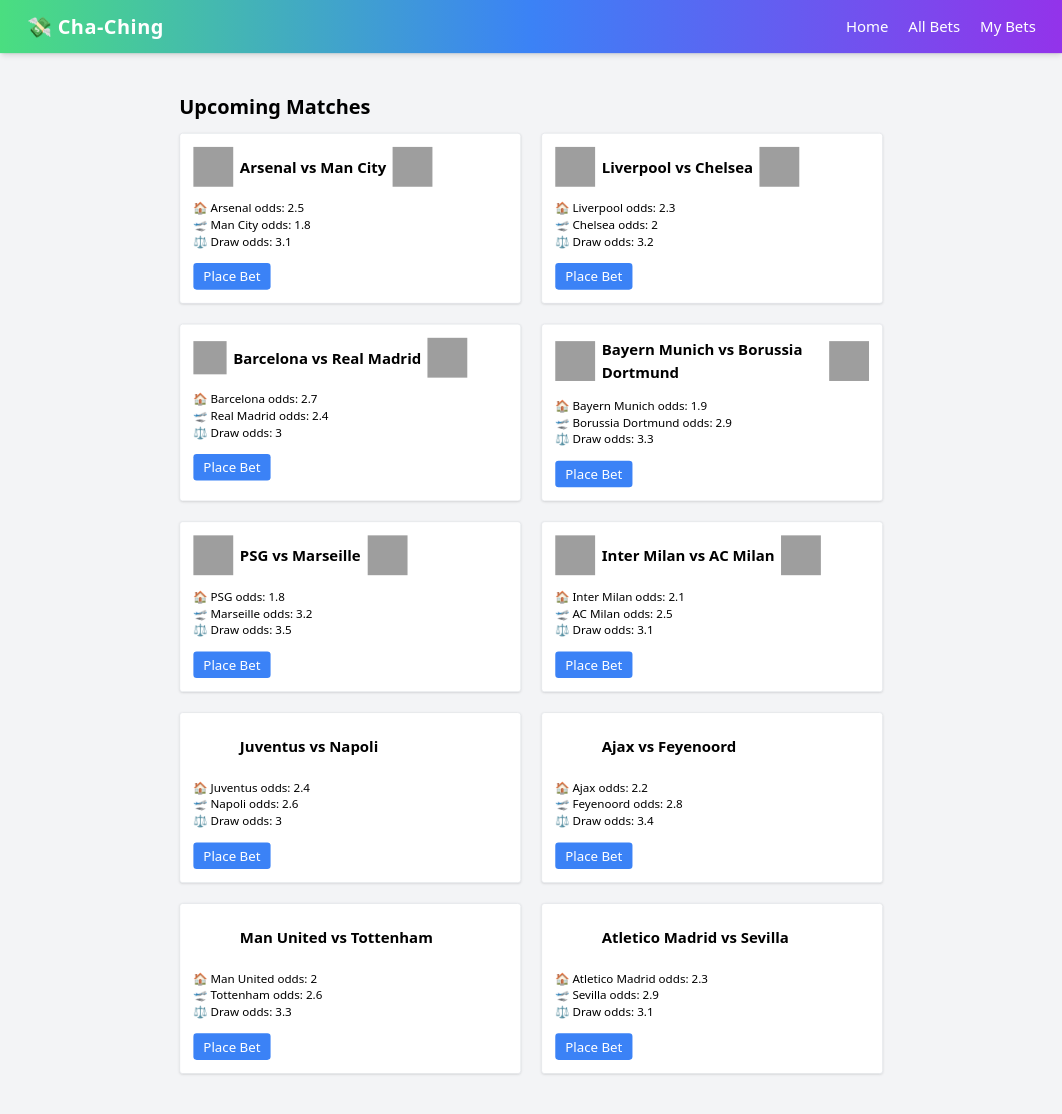
Repository: PEEZYBEE/cha-ching
Page: /bets
The author's editor kept a copy of each file at every save. The page is drawn from the files as they stood at one save, then again after the next save.
The browser window is 1280 px wide. The pictures show the whole page, at 83% of full size.
Pictures or frames that could not be fetched are drawn as grey boxes. The project was rebuilt for these pictures with package versions that can differ from the ones it lists, and the page was loaded fresh each time. Requests to the local data server were answered from the project's data file. Also part of the build but not shown: vite.config.js, src/pages/HomePage.jsx, src/components/BetForm.jsx, src/pages/MyBetsPage.jsx, src/pages/ResultsPage.jsx.

Above is the page before, as saved 2025-04-20 17:40:05.

After the next save:
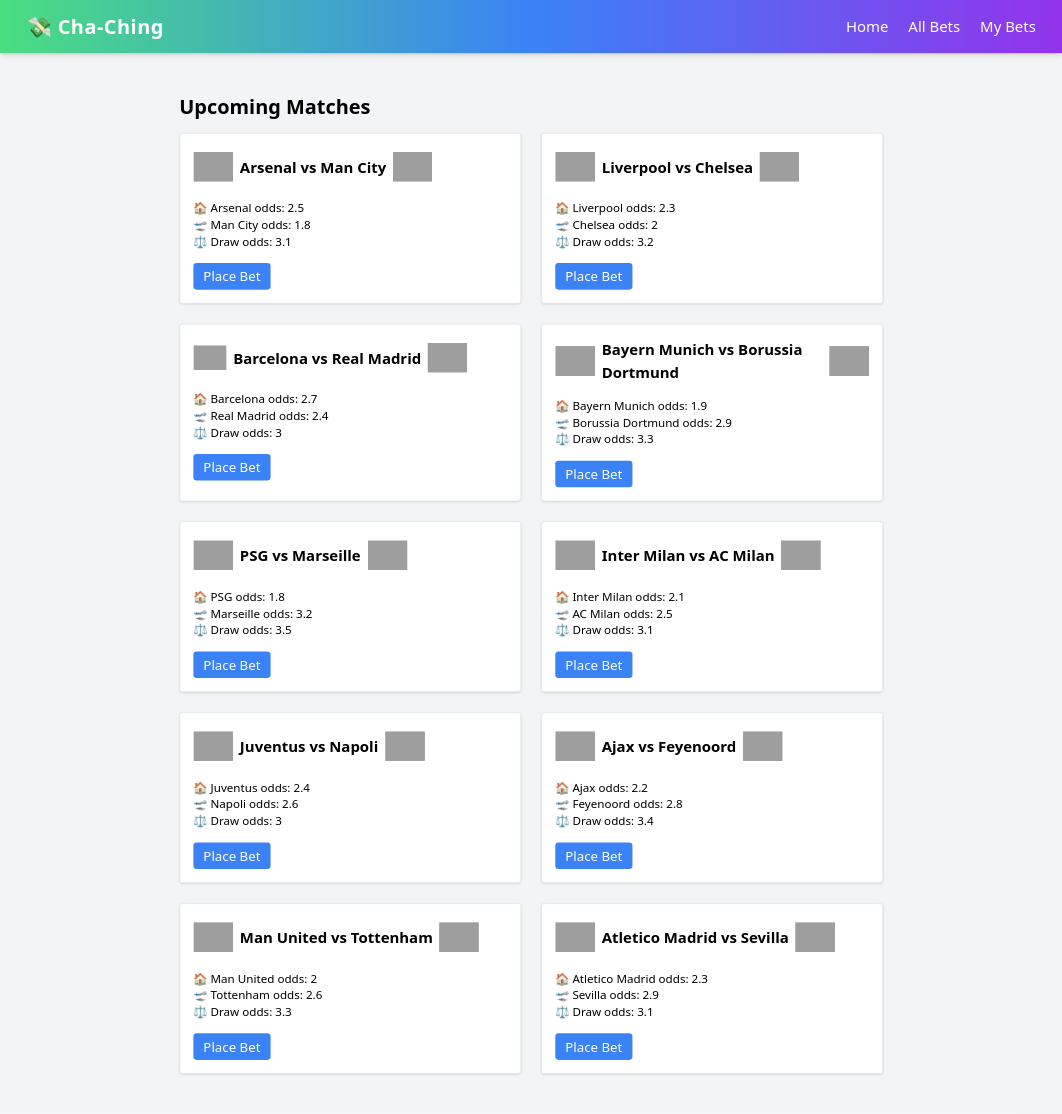
Saved 61 s later.
--- a/src/components/MatchCardFixed.jsx
+++ b/src/components/MatchCardFixed.jsx
@@ -1,25 +1,25 @@
 export default function MatchCardFixed({ match, onPlaceBet }) {
-  const smallLogoTeams = ["Barcelona"]; // Add more teams here if needed
+  const smallLogoTeams = ["Barcelona"]; // Add more teams here
 
   const getLogoClass = (team) =>
-    smallLogoTeams.includes(team) ? "h-10 w-10" : "h-12 w-12";
+    smallLogoTeams.includes(team) ? "w-10 h-10" : "w-12 h-12";
 
   return (
     <div className="border p-4 rounded shadow bg-white">
       <div className="flex items-center justify-between mb-4">
         <div className="flex items-center gap-2">
-          <object
-            data={match.homeTeamLogo}
-            type="image/svg+xml"
-            className={getLogoClass(match.homeTeam)}
+          <img
+            src={match.homeTeamLogo}
+            alt={match.homeTeam}
+            className={`object-contain ${getLogoClass(match.homeTeam)}`}
           />
           <span className="font-semibold text-lg">
             {match.homeTeam} vs {match.awayTeam}
           </span>
-          <object
-            data={match.awayTeamLogo}
-            type="image/svg+xml"
-            className={getLogoClass(match.awayTeam)}
+          <img
+            src={match.awayTeamLogo}
+            alt={match.awayTeam}
+            className={`object-contain ${getLogoClass(match.awayTeam)}`}
           />
         </div>
       </div>
